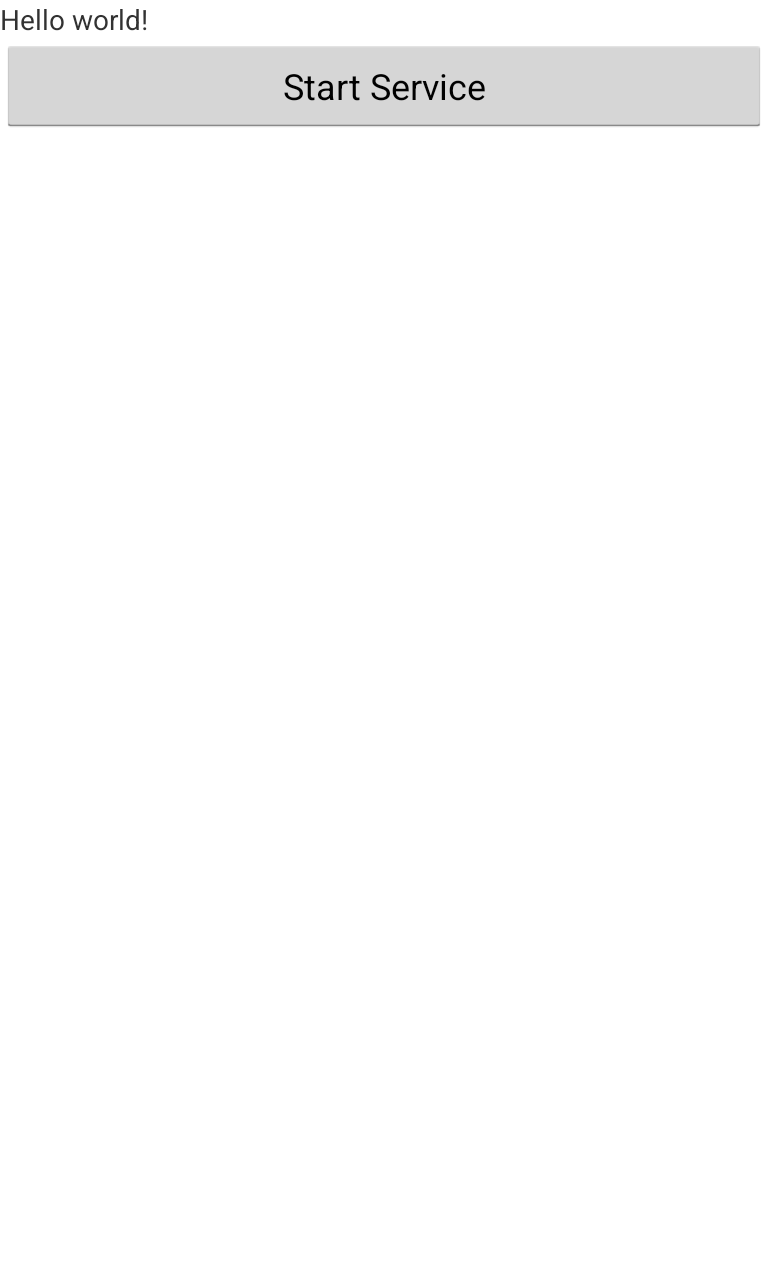
Repository: ChenLongAHXC/AndroidPractice
Layout: Service/res/layout/activity_main.xml
An editor plug-in stored every save of this project. The layout is shown before and after the next save, followed by the edit.
It is drawn on a 768 x 1280 px phone screen (xhdpi) without system bars, with theme AppTheme; the app's code is not run.

Above is the layout before, as saved 2014-03-17 12:24:54.

After the next save:
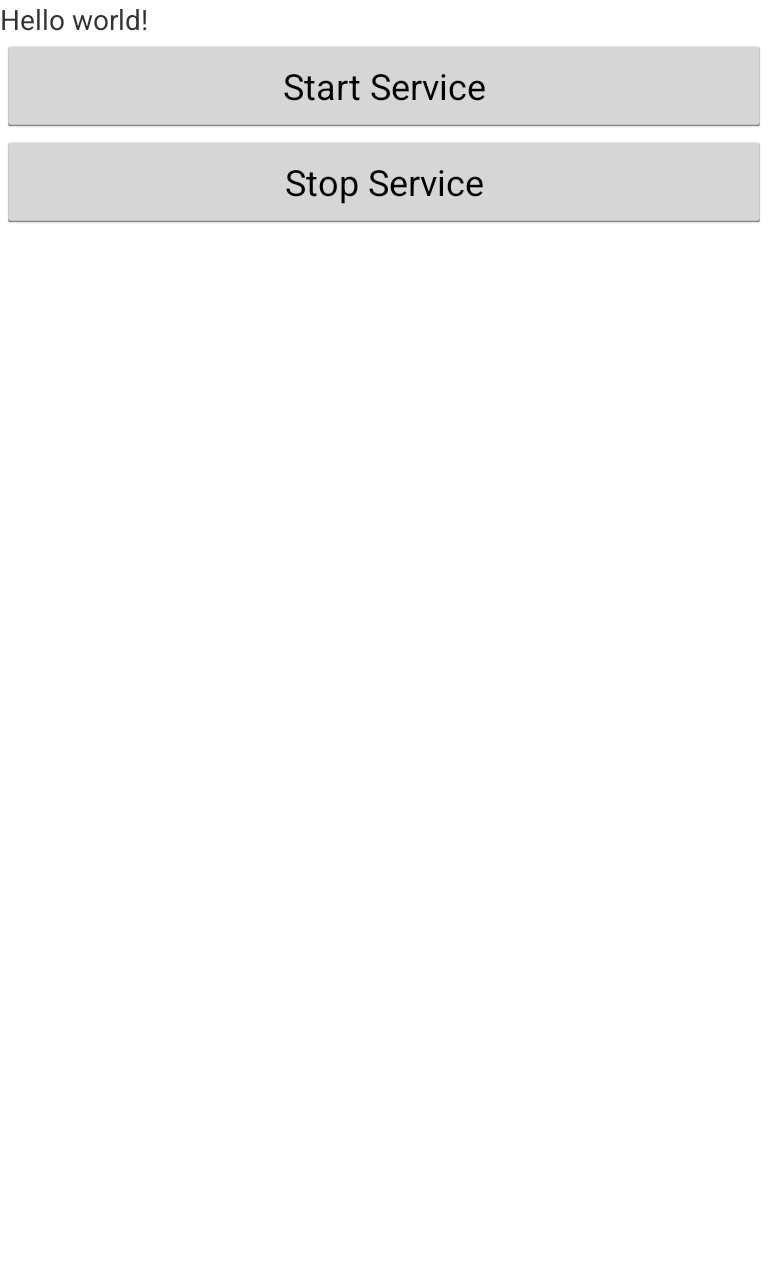
Saved 14 s later.
--- a/Service/res/layout/activity_main.xml
+++ b/Service/res/layout/activity_main.xml
@@ -13,4 +13,9 @@
 	    android:layout_width="fill_parent"
         android:layout_height="wrap_content"
         android:text="@string/startService"/>
+	<Button
+	    android:id="@+id/stopService"
+	    android:layout_width="fill_parent"
+        android:layout_height="wrap_content"
+        android:text="@string/stopService"/>
 </LinearLayout>
